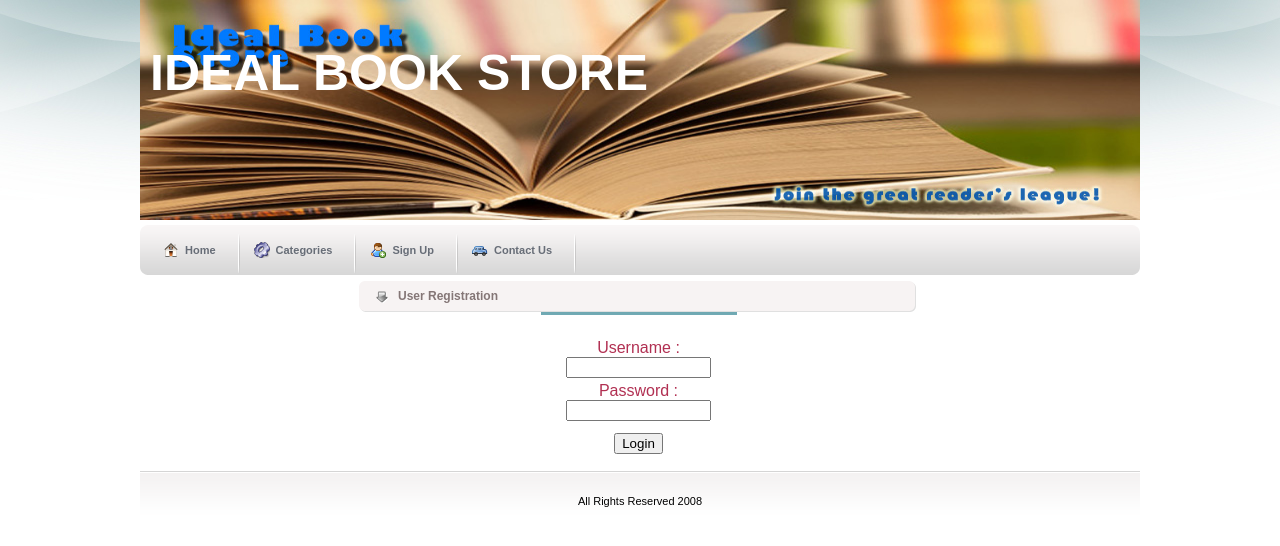
Repository: tusharjain887/Online-Book-Sales
Page: PROJECT/workspace/workspace/OnlineBook/WebContent/corpuser.html
These files come from the project's save history. The page is drawn as it stood at one moment and after the next save; the edit follows.
The browser window is 1280 px wide. The pictures show the whole page.

Above is the page before, as saved 2013-04-09 13:16:25.

After the next save:
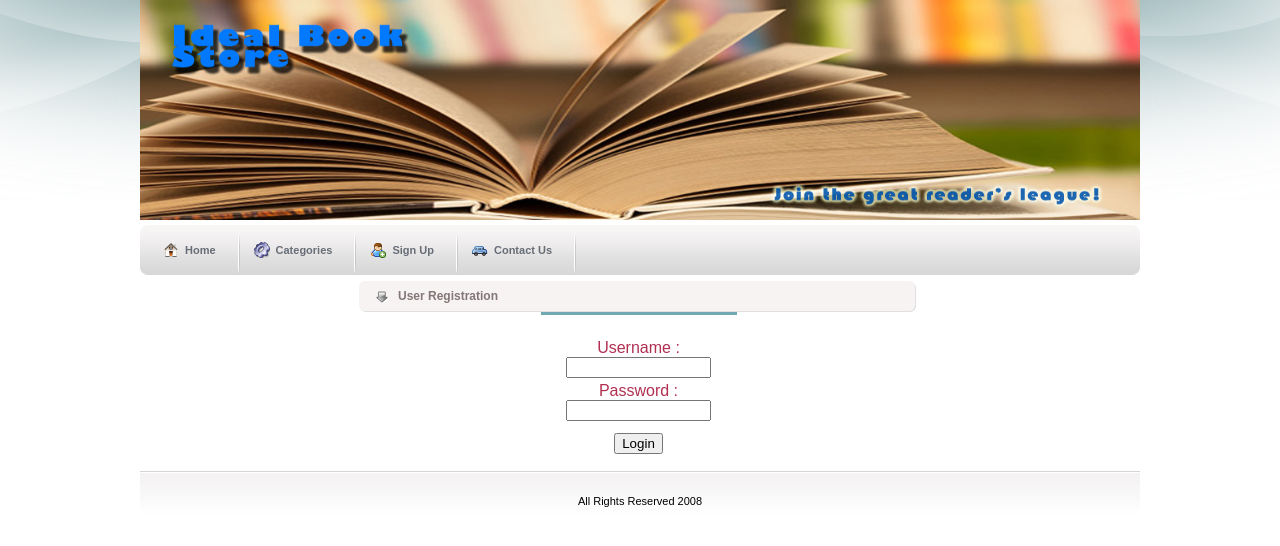
Saved 2 min 32 s later.
--- a/PROJECT/workspace/workspace/OnlineBook/WebContent/corpuser.html
+++ b/PROJECT/workspace/workspace/OnlineBook/WebContent/corpuser.html
@@ -15,7 +15,6 @@
   <div id="header">
   <div style="float:right;font-size:14px;">
 	</div>
-   <div  style="padding:10px;font-size:25px;color: #FFF;"><h1>IDEAL BOOK STORE</h1></div>
   </div>
   <div id="main_content">
     <div id="menu_tab">
